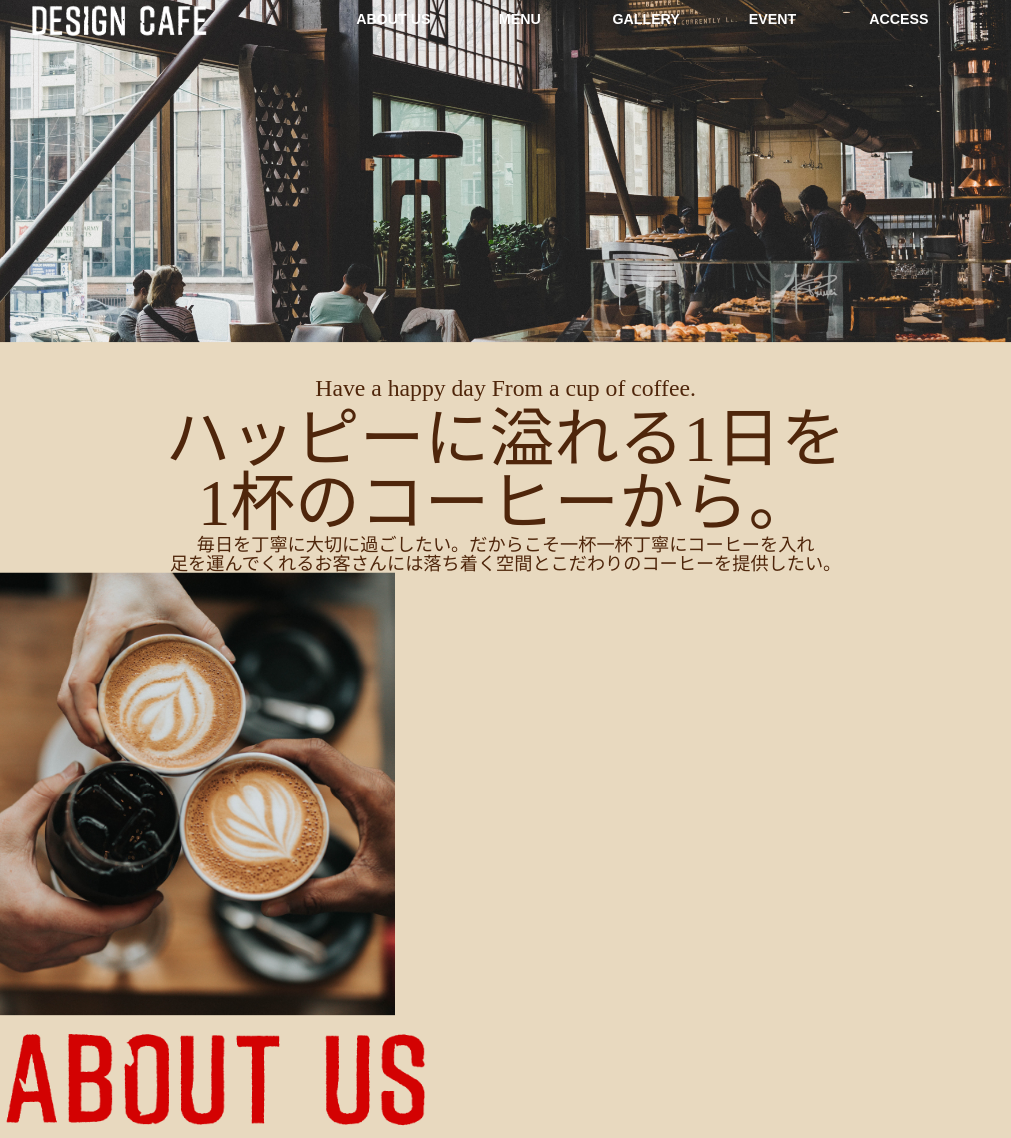
Repository: sonoyama01/dezasuta
Page: 第4回課題/index.html
These files come from the project's save history. The page is drawn as it stood at one moment and after the next save; the edit follows.
The browser window is 1280 px wide. The pictures show the whole page, at 79% of full size.

Above is the page before, as saved 2024-05-02 02:05:57.

### 第4回課題/index.html
<!DOCTYPE html>
<html lang="ja">

<head>
    <meta charset="UTF-8">
    <meta name="viewport" content="width=device-width, initial-scale=1.0">
    <title>Desing Cafe</title>
    <link rel="stylesheet" href="./css/style.css">
</head>

<body>
    <header>
        <div class="header_slide">
            <div>
                <img src="./images/pc_first-100.jpg" alt="店内の様子">
            </div>
        </div>
        <div class="header_wrap">
            <h1 class="header_logo">
                <img src="./images/design_cafe_logo_header@2x.png" alt="desind cafe">
            </h1>
            <nav class="pc_nav">
                <ul>
                    <li><a href="#about_us">ABOUT US</a></li>
                    <li><a href="#">MENU</a></li>
                    <li><a href="#">GALLERY</a></li>
                    <li><a href="#">EVENT</a></li>
                    <li><a href="#">ACCESS</a></li>
                </ul>
            </nav>
        </div>
    </header>
    <div class="catch_copy">
        <p class="catch_copy_ja"><span class="en">Have a happy day From a cup of coffee.</span><br>
            ハッピーに溢れる1日を<br>
            1杯のコーヒーから。</p><!-- /.catch_copy -->
        <p>毎日を丁寧に大切に過ごしたい。だからこそ一杯一杯丁寧にコーヒーを入れ<br>
            足を運んでくれるお客さんには落ち着く空間とこだわりのコーヒーを提供したい。</p>
    </div><!-- /.catch_copy -->

    <section id="about_us_fx">
        <div class="about_us">
            <div><img src="./images/pc_about-100.jpg" alt=""></div>
            <div><img src="./images/about_us@2x.png" alt=""></div>

        </div><!-- /.about_us -->
    </section><!-- /#about_us -->


</body>

</html>

### 第4回課題/css/style.css
@charset "utf-8";

/* cssリセット */

/*利用するタグによってこちらの内容は増やす*/

html,
body,
h1,
h2,
h3,
p,
dl,
dt,
dd,
ul,
li {
  margin: 0;
  padding: 0;
  line-height: 1;
  /*デフォルトの文字色、font-familyを予め当てておく*/
  color: #4f260b;
  font-family: "游明朝", YuMincho, "Hiragino Mincho ProN W3",
    "ヒラギノ明朝 ProN W3", "Hiragino Mincho ProN", "HG明朝E", "ＭＳ Ｐ明朝",
    "ＭＳ 明朝", serif;
}

a {
  /*下線を消す*/
  text-decoration: none;
  /*色を消す*/
  color: inherit;
  transition: 0.3s;
}

a:hover {
  opacity: 0.5;
}

ul {
  /*左の「・」を消す*/
  list-style: none;
}

img {
  max-width: 100%;
  vertical-align: bottom;
  border: none;
}

body {
  background-color: #e8d9bf;
  font-size: 23px;
}

/* ヘッダー */
.pc_nav ul {
  display: flex;
  gap: 55px;
}

.pc_nav ul li {
  width: 105px;
  text-align: center;
  color: #ffffff;
  font-weight: bold;
  font-size: 18px;
  font-family: "Hiragino Sans W3", "Hiragino Kaku Gothic ProN",
    "ヒラギノ角ゴ ProN W3", "メイリオ", Meiryo, "ＭＳ Ｐゴシック", "MS PGothic",
    sans-serif;
}

.header_logo {
  width: 226px;
}

.header_wrap {
  display: flex;
  justify-content: space-between;
  align-items: center;
  padding: 0 7% 0 3%;
  position: absolute;
  top: 0;
  left: 0;
  width: 100%;
  box-sizing: border-box;
}

.catch_copy {
  text-align: center;
}
.en {
  font-size: 30px;
}
.catch_copy_ja {
  font-size: 82px;
}

After the next save:
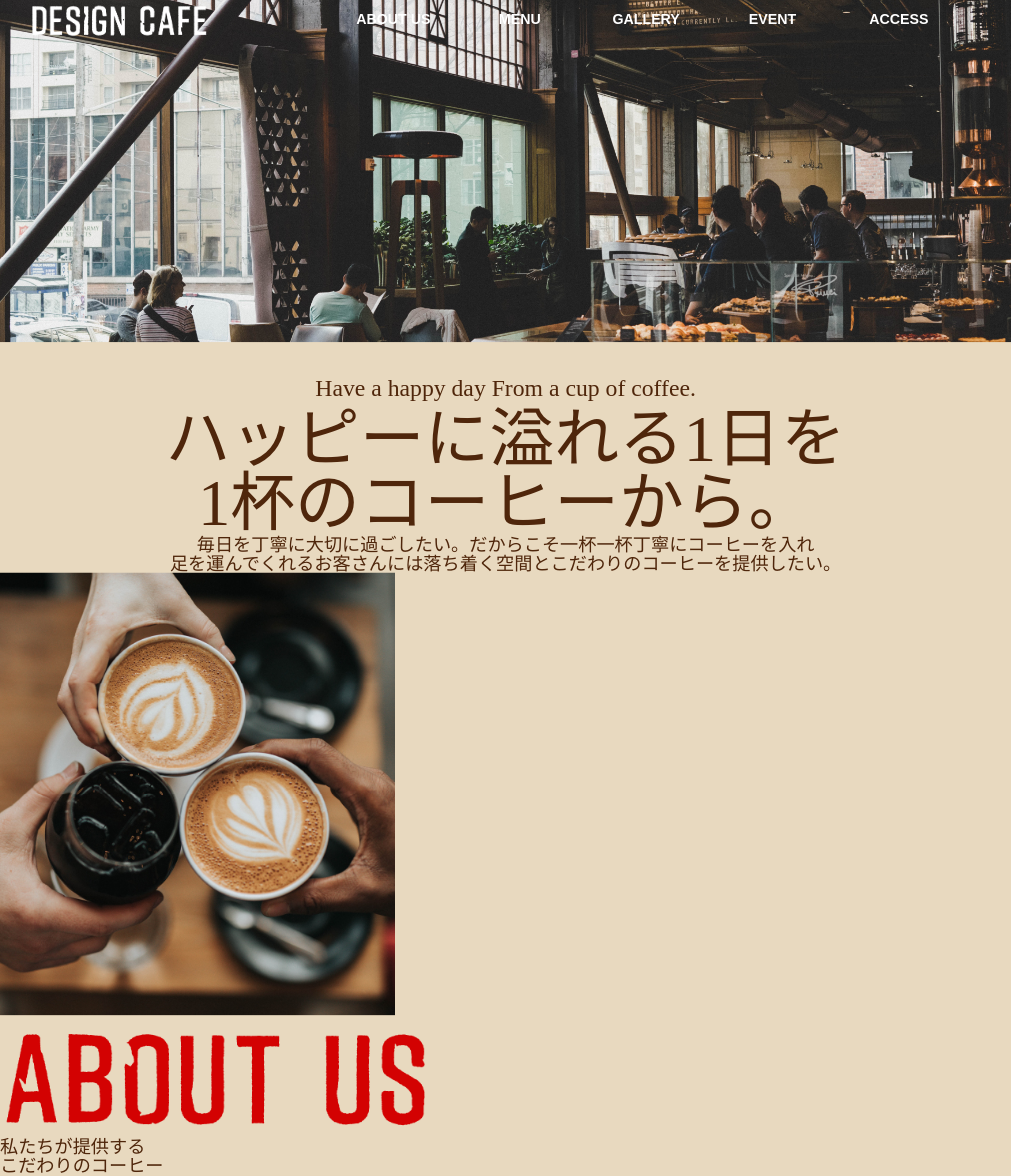
Saved 3 min 49 s later.
--- a/第4回課題/index.html
+++ b/第4回課題/index.html
@@ -41,7 +41,11 @@
     <section id="about_us_fx">
         <div class="about_us">
             <div><img src="./images/pc_about-100.jpg" alt=""></div>
-            <div><img src="./images/about_us@2x.png" alt=""></div>
+            <div>
+                <img src="./images/about_us@2x.png" alt="">
+                <p class="abouot_us_concept">私たちが提供する<br>
+                    こだわりのコーヒー</p><!-- /.abouot_us_concept -->
+            </div>
 
         </div><!-- /.about_us -->
     </section><!-- /#about_us -->
